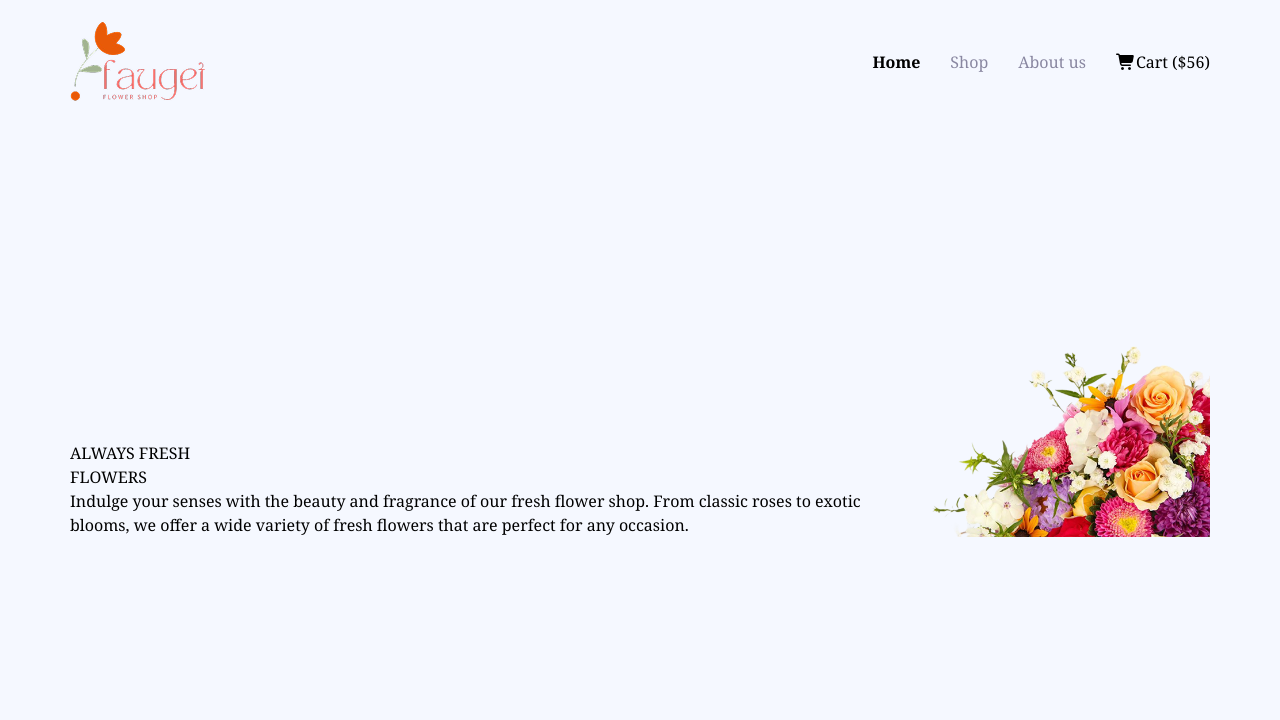
Repository: nahid-hasann/website-7
Page: index.html
An editor plug-in stored every save of this project. The page is shown before and after a run of saves, followed by the edit.
The browser window is 1280 px wide. The pictures show the whole page.
Some web libraries are served in a nearby version.

Above is the page before, as saved 2025-07-23 23:09:16.

### index.html
<!DOCTYPE html>
<html lang="en">
<head>
    <meta charset="UTF-8">
    <meta name="viewport" content="width=device-width, initial-scale=1.0">
     <script src="https://cdn.jsdelivr.net/npm/@tailwindcss/browser@4"></script>
    <title> website-7 </title>
    <link rel="stylesheet" href="style.css">
    <link rel="stylesheet" href="https://cdnjs.cloudflare.com/ajax/libs/font-awesome/7.0.0/css/all.min.css" integrity="sha512-DxV+EoADOkOygM4IR9yXP8Sb2qwgidEmeqAEmDKIOfPRQZOWbXCzLC6vjbZyy0vPisbH2SyW27+ddLVCN+OMzQ==" crossorigin="anonymous" referrerpolicy="no-referrer" />
   <link rel="preconnect" href="https://fonts.googleapis.com">
<link rel="preconnect" href="https://fonts.gstatic.com" crossorigin>
<link href="https://fonts.googleapis.com/css2?family=Noto+Serif:ital,wght@0,100..900;1,100..900&display=swap" rel="stylesheet">
</head>
<body class="noto-serif-nahid">


    <header>
        <nav>
            <div class="nav-logo">
                <img src="assets/logo.png" alt="">
            </div>
            <div class="nav-menu">
                <ul>
                    <li class="ul-li" style="color: black; font-weight: bold;">Home</li>
                    <li class="ul-li" >Shop</li>
                    <li class="ul-li" >About us</li>
                    <li class="last-li" style="color: black;"><i class="fa-solid fa-cart-shopping"></i>Cart ($56)</li>
                </ul>
            </div>
        </nav>
    </header>

    <main class="main">

        <section class="banner">
            <div class="banner-section">
                <div class="banner-description">
                    <h1>ALWAYS <span>FRESH <br> FLOWERS</span></h1>
                    <p>Indulge your senses with the beauty and fragrance of our fresh flower shop. From classic roses to exotic blooms, we offer a wide variety of fresh flowers that are perfect for any occasion. </p>
                </div>
                <div class="banner-img">
                    <img src="assets/hero-flower.png" alt="">
                </div>
            </div>
        </section>

    </main>




</body>
</html>

### style.css


*{
    margin: 0;
    padding: 0;
    box-sizing: border-box;
}


.noto-serif-nahid {
  font-family: "Noto Serif", serif;
  font-optical-sizing: auto;
  font-style: normal;
  font-variation-settings:
    "wdth" 100;
}

body{
    background-color: #f5f8ff;
}



/* header suru  */

header{
   margin: 20px auto;
   max-width: 1140px;
}

nav{
    display: flex;
    justify-content: space-between;
    align-items: center;
}

.nav-logo img{
    width: 100%;
}

.nav-menu ul{
     display: flex;
     gap: 30px;
     align-items: center;
     justify-content: center;
     margin: auto 0;
}

.nav-menu ul li{
    color: rgba(137, 135, 161, 1);
    font-weight: 400;
}


/* header sesh  */

.main{
    width: 1140px;
    margin: auto;
}

/* banner-section  */

.banner{
    margin: 230px 0 130px 0;
}

.banner-section{
     display: flex;
     align-items: end;
}

.banner-img img{
    max-width: 100%;
}

/* banner-section  */





@media screen and (max-width:575px) {
    header{
        width: 100%;
    }

nav{
    margin:0 30px;

}

.nav-logo img{
    width: 63px;
}
    .ul-li{
        display: none;
    }

}

After the next 2 saves:
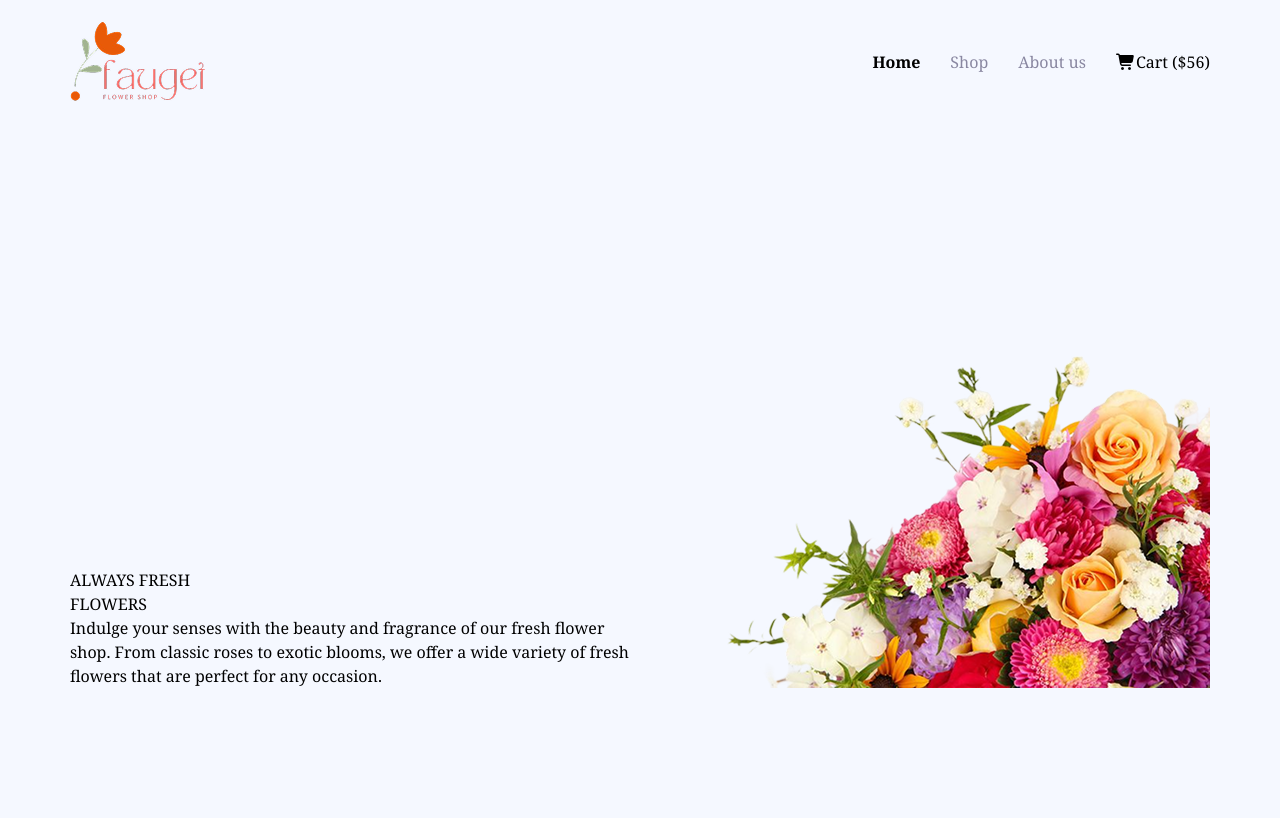
The 2 saves are shown as one change because they came seconds apart.
The last was saved 7 s later.
--- a/style.css
+++ b/style.css
@@ -71,7 +71,7 @@ nav{
 }
 
 .banner-img img{
-    max-width: 100%;
+    max-width: 800px;
 }
 
 /* banner-section  */
